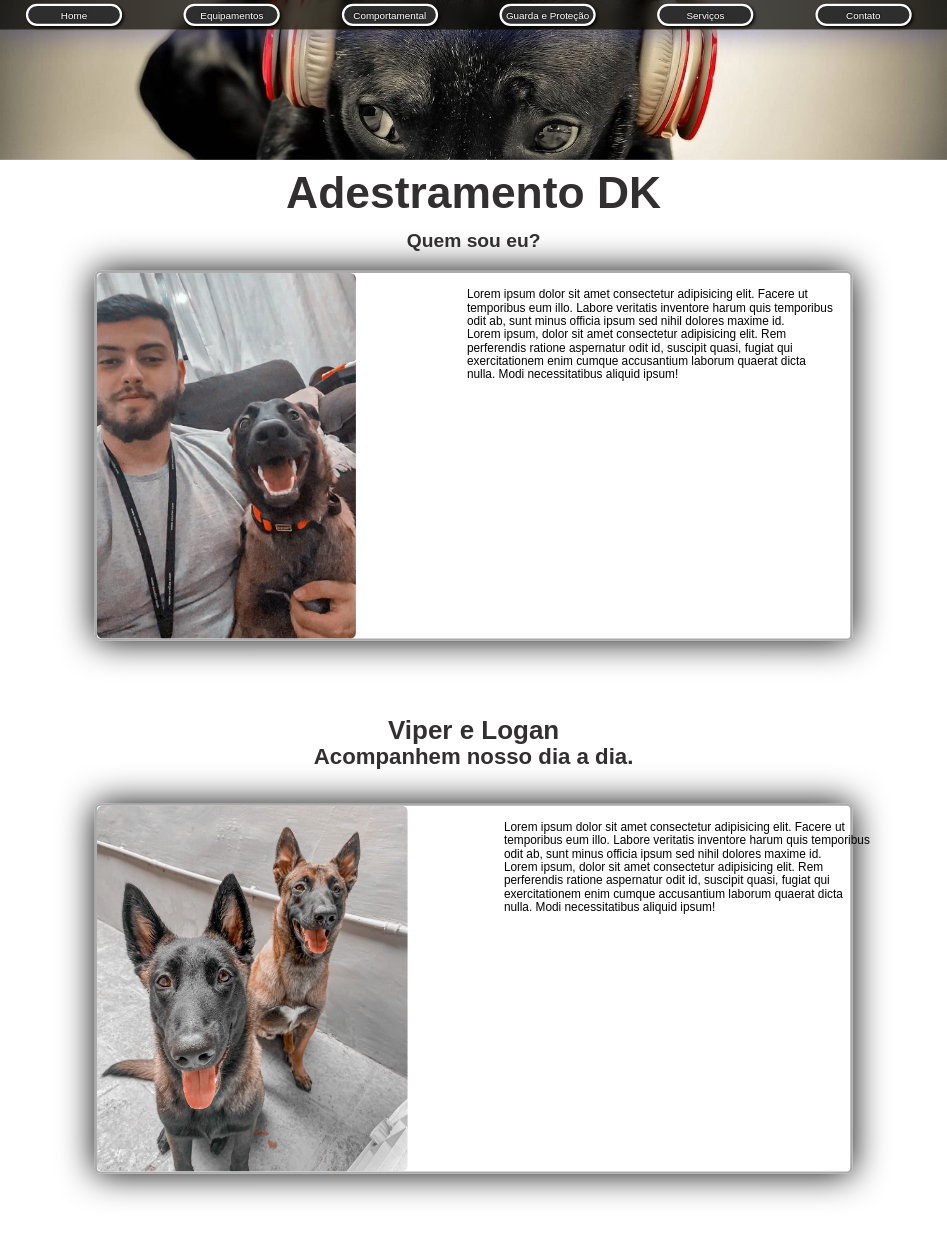
Repository: KevynMarques/Blog-React-StyledComponent
Page: /
An editor plug-in stored every save of this project. The page is shown before and after the next save, followed by the edit.
The browser window is 1280 px wide. The pictures show the whole page, at 74% of full size.
The project was rebuilt for these pictures with package versions that can differ from the ones it lists, and the page was loaded fresh each time.

Above is the page before, as saved 2022-02-01 19:14:46.

### src/App.js
import Header from './Components/Header/index'
import Home from './Components/Home';
import Sobre from './Components/Sobre';

import { GlobalStyle } from './GlobalStyle';

function App() {
  return (
    <>
    <Home />
    <Header />
    <Sobre />
    <GlobalStyle/>
    </>
  );
}

export default App;

### src/Components/Header/index.jsx
import { Baner } from "./style";
import Dog from '../Image/Dog.png'

export default () => {

  return (

    <>
      <Baner>
       <img src={Dog} />
     </Baner>
    </>

  );

}

### src/Components/Home/index.jsx
import { Home } from "./Style"

export default () => {
  return (

    <Home>
      <button>Home</button>
      <button>Equipamentos</button>
      <button>Comportamental</button>
      <button>Guarda e Proteção</button>
      <button>Serviços</button>
      <button>Contato</button>
    </Home>
  );
}

### src/Components/Sobre/index.jsx
import { Sobre, Tittle, Dogs} from "./style"
import Foto from '../Image/foto.png'
import LV from '../Image/LV.jpg';

export default () => {
  return (
<>
   <Tittle>
    <h1>Adestramento DK</h1>
      <h2>Quem sou eu?</h2>
    </Tittle>


  <Sobre>
    <section>
    <p>Lorem ipsum dolor sit amet consectetur adipisicing elit. Facere ut temporibus eum illo. Labore veritatis inventore harum quis temporibus odit ab, sunt minus officia ipsum sed nihil dolores maxime id.
      <br></br>
    Lorem ipsum, dolor sit amet consectetur adipisicing elit. Rem perferendis ratione aspernatur odit id, suscipit quasi, fugiat qui exercitationem enim cumque accusantium laborum quaerat dicta nulla. Modi necessitatibus aliquid ipsum!
    </p>
       <div>
        <img src={Foto} />
       </div>
    </section>
  </Sobre>


  <Tittle>
      <h3>Viper e Logan</h3>
      <p>Acompanhem nosso dia a dia.</p>
    </Tittle>

<Dogs>
<section>
    <p>Lorem ipsum dolor sit amet consectetur adipisicing elit. Facere ut temporibus eum illo. Labore veritatis inventore harum quis temporibus odit ab, sunt minus officia ipsum sed nihil dolores maxime id.
      <br></br>
    Lorem ipsum, dolor sit amet consectetur adipisicing elit. Rem perferendis ratione aspernatur odit id, suscipit quasi, fugiat qui exercitationem enim cumque accusantium laborum quaerat dicta nulla. Modi necessitatibus aliquid ipsum!
    </p>
       <div>
        <img src={LV} />
       </div>
    </section>
</Dogs>

</>

  );
}

### src/GlobalStyle.js
import { createGlobalStyle } from 'styled-components';

 export const GlobalStyle = createGlobalStyle`
  * {
    margin: 0;
    padding: 0;
    box-sizing: border-box;
  }
`;

### src/Components/Header/style.jsx
import styled from "styled-components";

export const Baner= styled.div `
  width: 100%;
  height: 30vh;


    img {
    width: 100%;
    height: 100%;
    object-fit: cover;

    }
`;

### src/Components/Home/Style.jsx
import styled from "styled-components";


export const  Home  = styled.div `
     width: 100vw;
     height: 40px;
     margin: 0;
     position: fixed;
     z-index: 99999;
     background: rgba( 0, 0, 0, 0.7 );
     box-shadow: 0 8px 32px 0 rgba( 31, 38, 135, 0.37 );
     backdrop-filter: blur( 7.5px );
     -webkit-backdrop-filter: blur( 7.5px );
     color:white;
     display: flex;
     align-items: center;
     justify-content: center;

     button {
font-family: Arial, Helvetica, sans-serif;
font-style:normal;
color:#ffffff;
background:#2e2e2e;
border:3px solid #ffffff;
text-shadow:0px -1px 3px #000000;
box-shadow:2px 2px 5px #000000;
-moz-box-shadow:2px 2px 5px #000000;
-webkit-box-shadow:2px 2px 5px #000000;
border-radius:25px 25px 25px 25px;
-moz-border-radius:25px 25px 25px 25px;
-webkit-border-radius:25px 25px 25px 25px;
width:130px;
height: 30px;

cursor:pointer;
margin:0 auto;
margin-left: 35px;

}

`;

### src/Components/Sobre/style.jsx
import styled from "styled-components";


export const Tittle = styled.h1`
@import url('https://fonts.googleapis.com/css2?family=Prompt:ital,wght@1,300&display=swap');
color: #312f2f;
font-size: 30px;
font-family: 'Prompt', sans-serif;
text-align: center;
height: 40px;
margin-top: 10px;

      h2 {
      font-size:26px ;
      margin-top: 15px;
      }
`;

export const  Sobre  = styled.section `
  height: 500px;
  border: solid 3px #aaaaaa;
  width: 80vw;
  margin: 100px  10%;
  border-radius: 8px;
  box-shadow: 0 0 3em Black;
  display: flex;

  div {
    width: 35%;
    height:494px;
    margin-top: -146px;
  }

  img {
    object-fit: cover;
    width: 100%;
    height: 100%;
    border-radius: 8px;
  }

p {
    width: 500px;
    margin-left: 500px;
    margin-top: 20px;
    font-size: 16px;
    font-family: Arial, Helvetica, sans-serif;
  }
`;



export const  Dogs  = styled.section `
  height: 500px;
  border: solid 3px #aaaaaa;
  width: 80%;
  margin: 80px  10%;
  border-radius: 8px;
  box-shadow: 0 0 3em Black;
  display: flex;

  div {
    width: 40%;
    height:494px;
    margin-top: -146px;
  }

  img {
    object-fit: cover;
    width: 100%;
    height: 100%;
    border-radius: 8px;

  }

p {

    width: 500px;
    margin-top: 20px;
    font-size: 16px;
    font-family: Arial, Helvetica, sans-serif;
    margin-left: 550px;
  }
`;

Loaded but not shown: public/index.html (common file); src/index.js (common file)

After the next save:
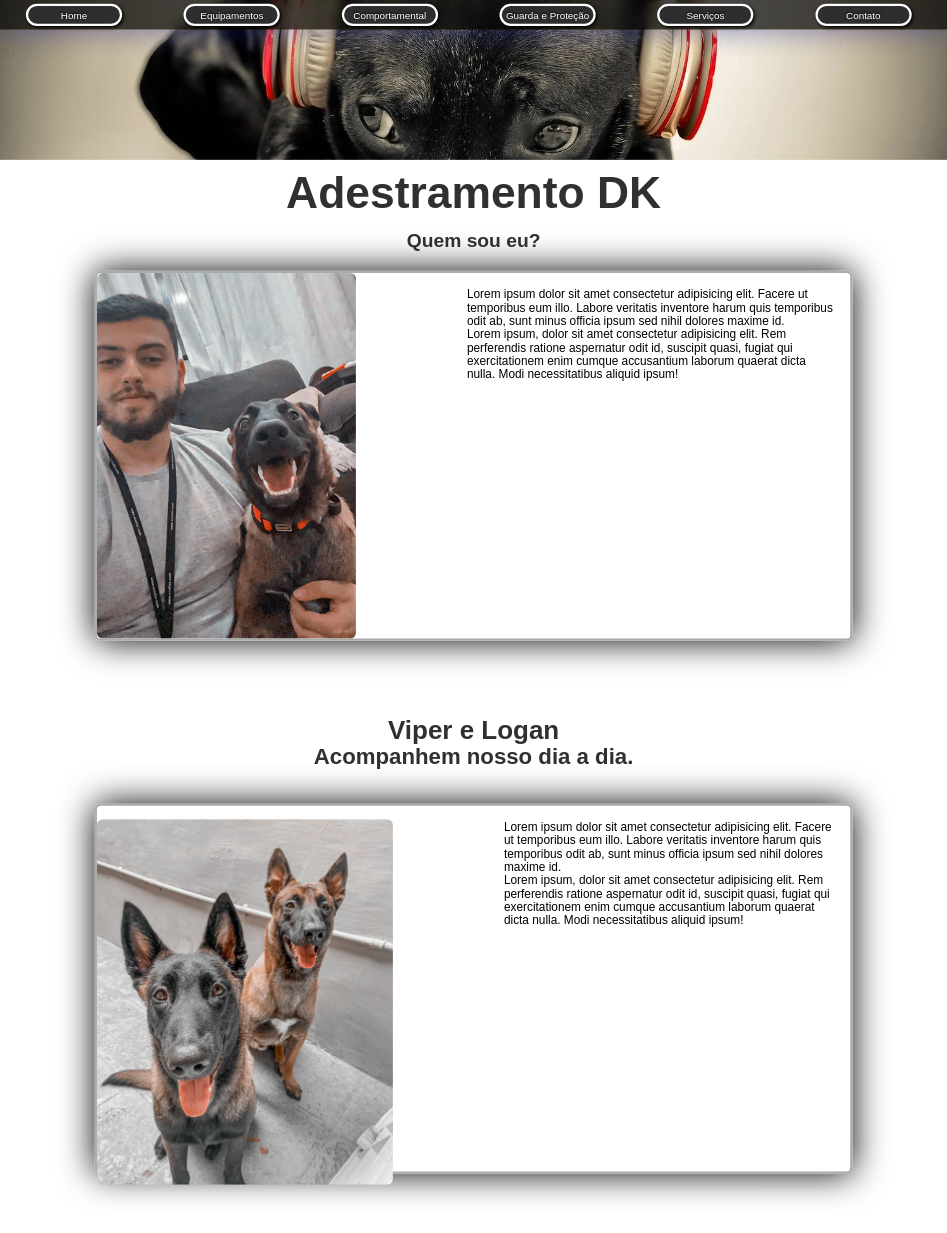
Saved 7 s later.
--- a/src/Components/Sobre/style.jsx
+++ b/src/Components/Sobre/style.jsx
@@ -74,7 +74,7 @@
 
 p {
 
-    width: 500px;
+    width: 450px;
     margin-top: 20px;
     font-size: 16px;
     font-family: Arial, Helvetica, sans-serif;

After the save that followed:
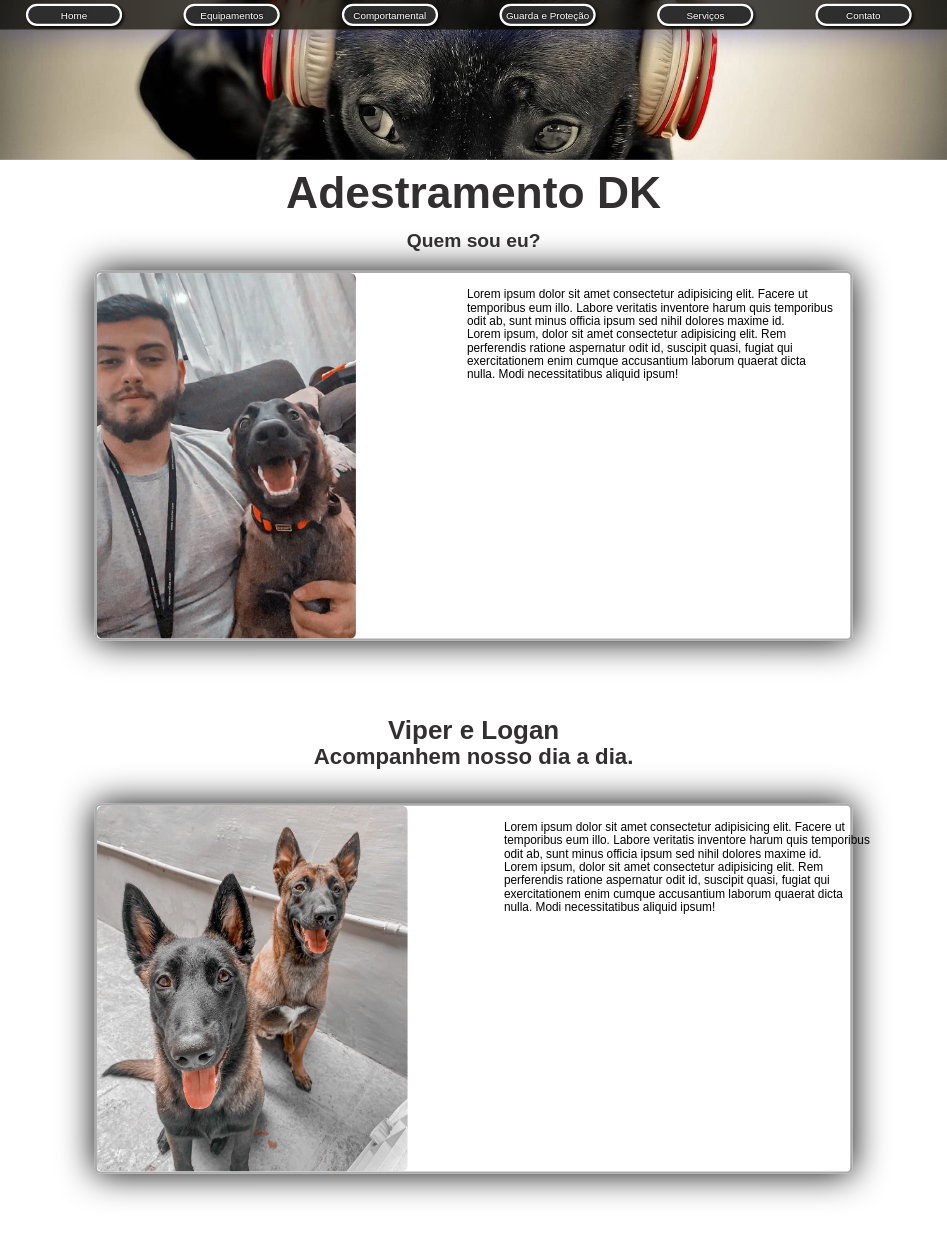
Saved 11 s later.
--- a/src/Components/Sobre/style.jsx
+++ b/src/Components/Sobre/style.jsx
@@ -74,7 +74,7 @@
 
 p {
 
-    width: 450px;
+    width: 500px;
     margin-top: 20px;
     font-size: 16px;
     font-family: Arial, Helvetica, sans-serif;
